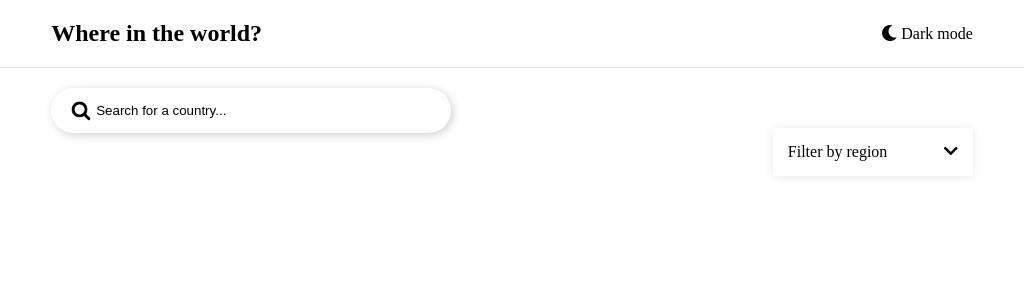
Repository: Eugene44-hub/countryProj
Page: index.html
These files come from the project's save history. The page is drawn as it stood at one moment and after a run of saves; the edit follows.
The browser window is 1024 px wide. The pictures show the whole page.
The page's requests for data from a server got no answer.

Above is the page before, as saved 2021-10-10 21:21:13.

### index.html
<!DOCTYPE html>
<html lang="en">

<head>
    <link rel="stylesheet" href="css/all.css">
    <link rel="stylesheet" href="style.css">
    <meta charset="UTF-8">
    <meta http-equiv="X-UA-Compatible" content="IE=edge">
    <meta name="viewport" content="width=device-width, initial-scale=1.0">
    <title>Document</title>
</head>
<div class="header-container">
    <header>
        <h2>Where in the world?</h2>
        <div class="mode"><i class="fas fa-moon"></i> Dark mode</div>
    </header>

</div>

<body>
    <div class="container">
        <div class="search-filter">
            <label for="search">
                     <input type="text" placeholder="Search for a country..." id="search">
            </label>



            <div class="select">
                <div class="default-text">Filter by region <i class="fas fa-chevron-down"></i>
                </div>
                <ul>
                    <li id="asia">Asia</li>
                    <li id='europe'>Europe</li>
                    <li id="africa">Africa</li>
                    <li id="oceania">Oceania</li>
                    <li id="america">America</li>
                </ul>
            </div>

        </div>
        <div class="country-container">

            <div class="countries">


            </div>
        </div>
    </div>

</body>

<script src="data.js"></script>
<script src="app.js"></script>
<script src="UI.js"></script>

</html>

### style.css
* {
    padding: 0;
    margin: 0;
    box-sizing: border-box;
}

.container {
    width: 80%;
    margin: auto;
}

.countries {
    display: flex;
    flex-wrap: wrap;
    justify-content: space-between;
    margin: auto;
}

img {
    width: 100%;
    height: 150px;
    border-bottom-left-radius: 0px;
    border-bottom-right-radius: 0px;
    border-top-right-radius: 5px;
    border-top-left-radius: 5px;
}

.country {
    width: 265px;
    margin: 20px 0;
    border-radius: 10px;
}

.about-country {
    padding: 0px 20px;
    line-height: 2;
    margin-bottom: 20px;
}

h3 {
    font-size: small
}

.country {
    box-shadow: 2px 4px 15px rgb(235, 235, 235), -2px 0px 15px rgb(235, 235, 235);
}

#name {
    font-weight: bold;
    line-height: 5;
    font-size: 16px
}

span {
    font-weight: bold;
}

#population,
#region,
#capital {
    font-size: 14px;
}

header {
    display: flex;
    justify-content: space-between;
    width: 80%;
    margin: 20px auto;
    align-items: center;
}

.header-container {
    border-bottom: 1px solid rgb(230, 226, 226);
}

input {
    padding: 15px;
    width: 300px;
    border-radius: 50px;
}

.search-filter {
    display: flex;
    flex-wrap: wrap;
    flex: 100%;
    justify-content: space-between;
    margin: 20px 0;
}

ul {
    list-style: none;
    position: absolute;
    background-color: white;
    box-shadow: 1px 4px 10px rgb(184, 178, 178);
    display: none;
    margin: 0 0;
    border-radius: 0 0px 5px 5px;
}

@keyframes margin {
    from {
        margin: 0;
        opacity: 0;
    }
    to {
        margin: 10px 0;
        opacity: 1;
    }
}

.select:hover ul {
    display: block;
    cursor: pointer;
    animation: margin .2s;
    margin: 1px 0;
}

li:hover {
    background-color: rgb(111, 111, 247);
    color: white;
    transition: all .5s;
}

.select {
    background-color: white;
    box-shadow: 0px 1px 10px rgb(235, 233, 233);
}

li,
.default-text {
    padding: 15px;
    position: relative;
    cursor: pointer;
    width: 200px;
}

.fa-chevron-down {
    float: right;
}

::placeholder {
    color: black;
    padding-left: 30px;
}

#search {
    background-image: url('search\ icon.png');
    background-size: 20px;
    background-repeat: no-repeat;
    background-position-y: center;
    background-position-x: 20px;
    border: none;
    outline: none;
    box-shadow: 2px 2px 10px rgb(209, 207, 207);
    width: 400px;
}

#search:focus {
    background-image: none;
}

@media screen and (max-width:1200px) {
    .countries {
        justify-content: center;
    }
    .select {
        margin: 40px 0;
    }
    header {
        width: 90%;
    }
    .container {
        width: 90%;
    }
    .country {
        flex: 50%;
    }
}

label[for=search] {
    flex: 1;
}


/*

#europe {
    line-height: 6;
}

#africa {
    line-height: 11;
}

#oceania {
    line-height: 16;
}

#america {
    line-height: 21;
} */


/* # Front-end Style Guide

## Layout

The designs were created to the following widths:

- Mobile: 375px
- Desktop: 1440px

## Colors

### Neutral

- Dark Blue (Dark Mode Elements): hsl(209, 23%, 22%)
- Very Dark Blue (Dark Mode Background): hsl(207, 26%, 17%)
- Very Dark Blue (Light Mode Text): hsl(200, 15%, 8%)
- Dark Gray (Light Mode Input): hsl(0, 0%, 52%)
- Very Light Gray (Light Mode Background): hsl(0, 0%, 98%)
- White (Dark Mode Text & Light Mode Elements): hsl(0, 0%, 100%)

## Typography

### Body Copy

- Homepage Items: 14px
- Detail Page: 16px

### Fonts

- Family: [Nunito Sans](https://fonts.google.com/specimen/Nunito+Sans)
- Weights: 300, 600, 800

## Icons

For the icons, you can use a font icon library. Don't worry if the icons that you choose don't look exactly like they do on the design.

Some suggestions can be found below:

- [Font Awesome](https://fontawesome.com)
- [IcoMoon](https://icomoon.io)
- [Ionicons](https://ionicons.com) */


/*
com) - [IcoMoon](https: //icomoon.io)
- [Ionicons](https: //ionicons.com) */

### data.js
const url = 'https://restcountries.com/v3.1/all';

class Country {
    getCountries = async function() {
        const response = await fetch(url);
        const data = await response.json();

        return {
            data
        }
    }
}

### app.js
const country = new Country;
const search = document.querySelector('#search');
country.getCountries()
    .then(data => {
        const ui = new UI(data.data)
        ui.display();
        console.log(data.data[1].name.common)

    })

search.addEventListener('input', e => {
    UI.searchDisplay(search)
    console.log(search)
})

### UI.js
class UI {
    constructor(country) {
        this.country = country;
    }

    display() {
        let countries = document.querySelector('.countries');
        let output = '';
        let zero = 0;
        for (let i = 0; i < this.country.length; i++) {


            if (this.country[i].capital === undefined) {
                output += `
              <div class="country">
              <div class="image">
             <img src=${this.country[i].flags.png}>
              </div>
              <div class="about-country">
              <p id=name>${this.country[i].name.common}</p>
              <p id="population">Population: ${this.country[i].population}</p>
                  <p id="region">Region: ${this.country[i].region}</p>
                  <p id="capital">Capital: No capital</p>
              </div>
          </div>`
            } else {
                output += `
              <div class="country">
              <div class="image">
             <img src=${this.country[i].flags.png}>
              </div>
              <div class="about-country">
              <p id=name>${this.country[i].name.common}</p>
                  <p id="population"><span>Population</span>: ${this.country[i].population}</p>

                  <p id="region"><span>Region</span>: ${this.country[i].region}</p>

                  <p id="capital"><span>Capital</span>: ${this.country[i].capital[0]}</p>
              </div>
          </div>`
            }
        }
        countries.innerHTML = output
    }
    static searchDisplay(input) {
        if (input.value !== '') {
            input.style.backgroundImage = 'none';
        } else {
            input.style.backgroundImage = `url('search\ icon.png')`;
        }
    }
}



/*  */

Loaded but not shown: css/all.css (library)

After the next 2 saves:
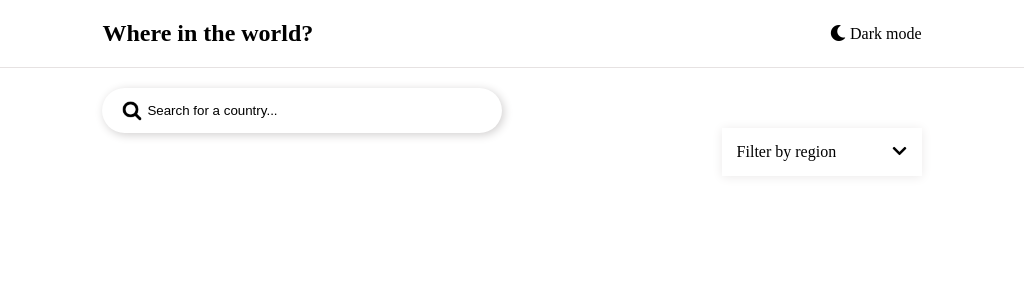
The 2 saves are shown as one change because they came seconds apart.
The last was saved 32 s later.
--- a/style.css
+++ b/style.css
@@ -166,12 +166,8 @@
     .select {
         margin: 40px 0;
     }
-    header {
-        width: 90%;
-    }
-    .container {
-        width: 90%;
-    }
+    header {}
+    .container {}
     .country {
         flex: 50%;
     }

After the save that followed:
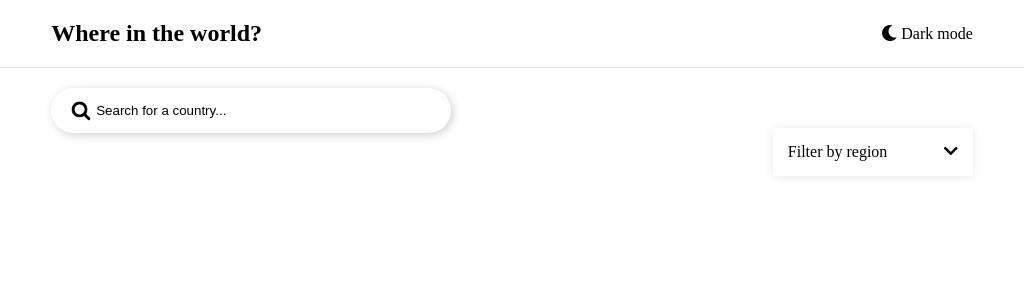
Saved 9 s later.
--- a/style.css
+++ b/style.css
@@ -166,8 +166,12 @@
     .select {
         margin: 40px 0;
     }
-    header {}
-    .container {}
+    header {
+        width: 90%;
+    }
+    .container {
+        width: 90%;
+    }
     .country {
         flex: 50%;
     }
